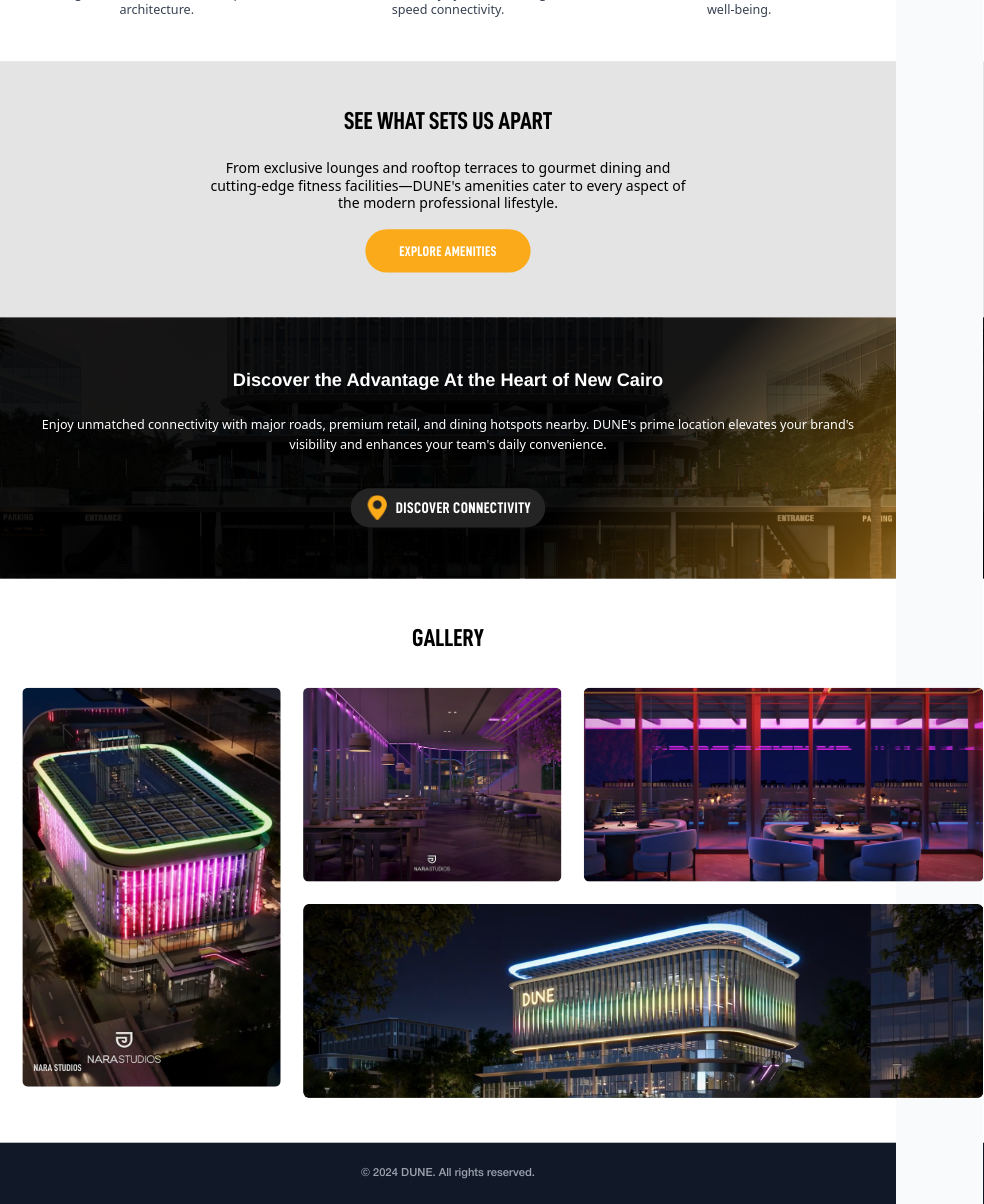
Repository: ahmedassr5765/dune
Page: index.html
The author's editor kept a copy of each file at every save. The page is drawn from the files as they stood at one save, then again after the next save.
The browser window is 1280 px wide. The page is 1405 px wide, so the pictures cover 1405 px, including what lies to the right of the window. The pictures show the part of the page from y = 3059 to 4779 px (the page is 4779 px tall), at 70% of full size.
Some web libraries are served in a nearby version.

Above is the page before, as saved 2025-07-12 19:43:28.

After the next save:
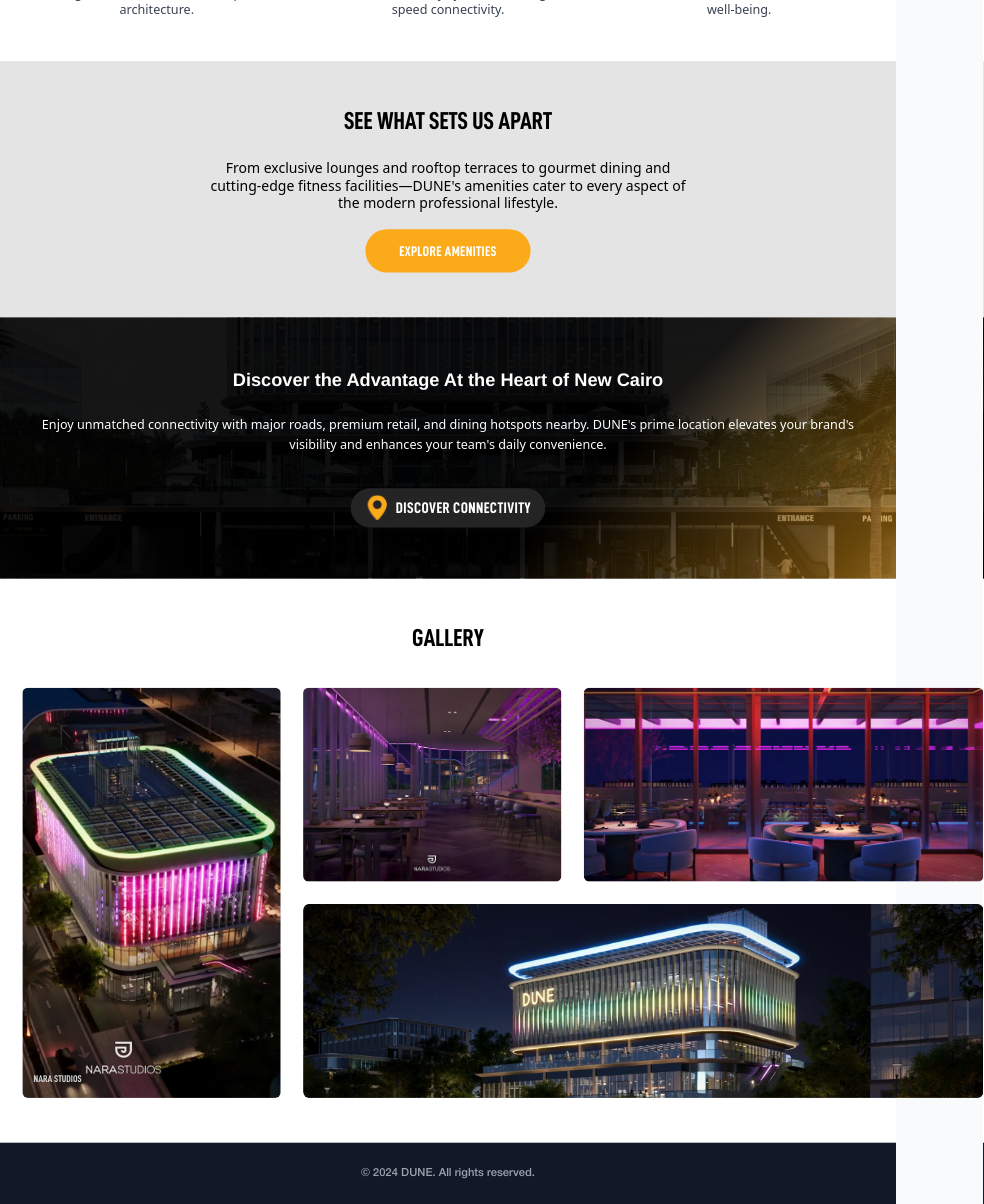
Saved 13 s later.
--- a/index.html
+++ b/index.html
@@ -451,7 +451,7 @@
 
                 <!-- Left Large Image -->
                 <div class="flex-shrink-0">
-                    <div class="relative overflow-hidden rounded-lg w-[369px] h-[570px]">
+                    <div class="relative overflow-hidden rounded-lg w-[369px] h-full">
                         <img src="/images/gallery.png" alt="DUNE Building Exterior" class="w-full h-full object-cover">
                         <!-- NARA STUDIOS Watermark -->
                         <div class="absolute bottom-4 left-4">
